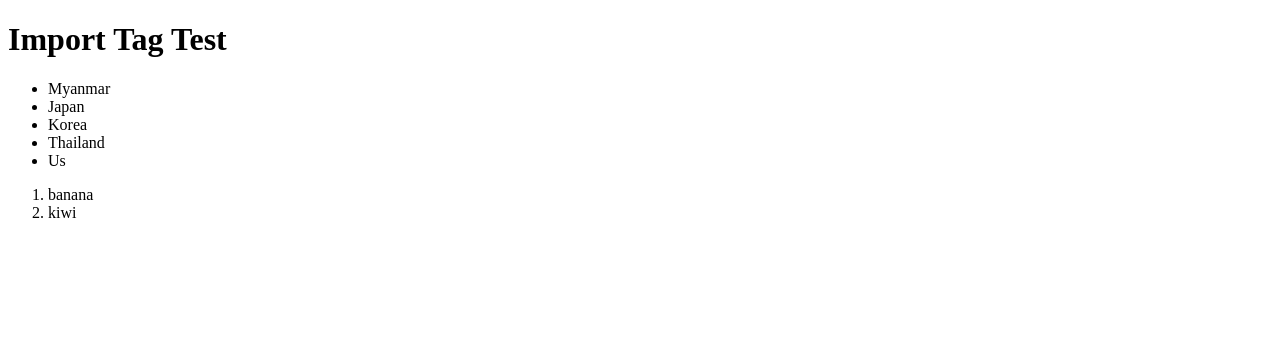
Repository: ZawMinKhantOrLeon/JavaEEWS
Page: http://localhost/jsp_servlet/jstl-core-import.jsp
The author's editor kept a copy of each file at every save. The page is drawn from the files as they stood at one save, then again after the next save.
The browser window is 1280 px wide. The pictures show the whole page.
The page is served by Tomcat 10.

Above is the page before, as saved 2024-02-20 09:14:08.

After the next save:
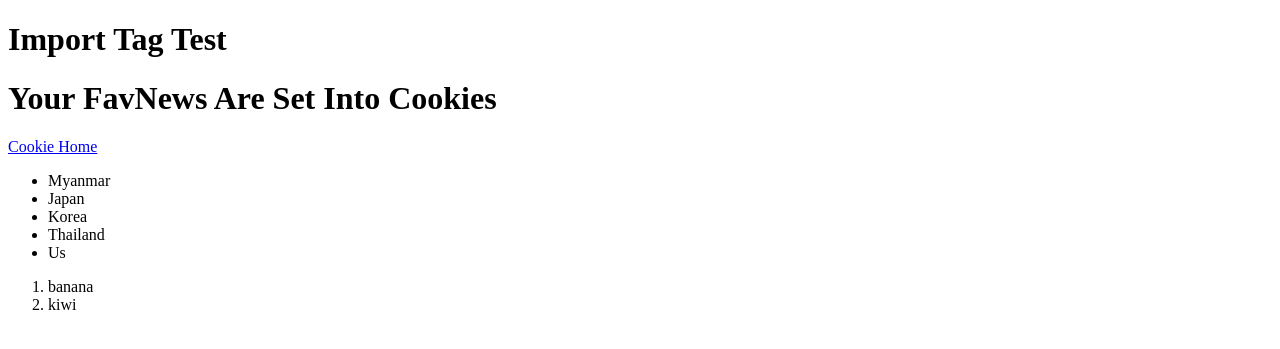
Saved 105 s later.
--- a/jsp_servlet/src/main/webapp/jstl-core-import.jsp
+++ b/jsp_servlet/src/main/webapp/jstl-core-import.jsp
@@ -10,6 +10,10 @@
 <body>
 	<h1>Import Tag Test</h1>
 
+	<c:import url="cookie-data.jsp">
+		<c:param name="favNews" value="entertainment"></c:param>
+	</c:import>
+
 	<c:import url="jstl-core-loop.jsp" var="data" scope="session"></c:import>
 	${data }
 </body>
